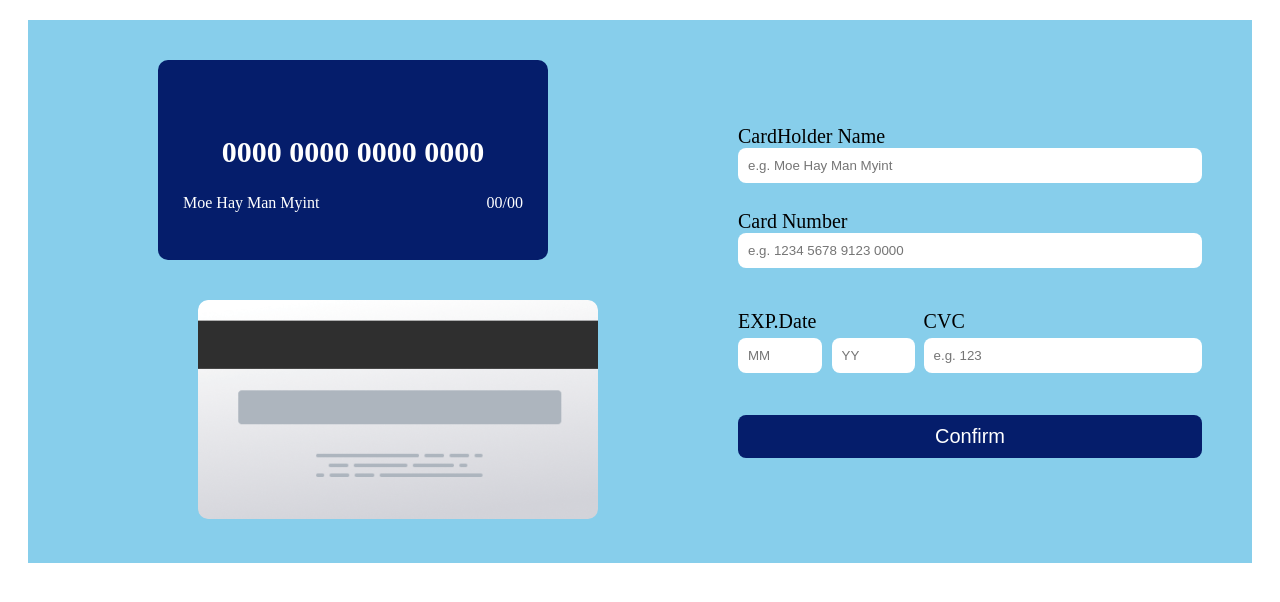
Repository: moehaymanmyint/Interactive-Card-Details-Form
Page: index.html
These files come from the project's save history. The page is drawn as it stood at one moment and after the next save; the edit follows.
The browser window is 1280 px wide. The pictures show the whole page.

Above is the page before, as saved 2024-10-16 22:58:37.

After the next save:
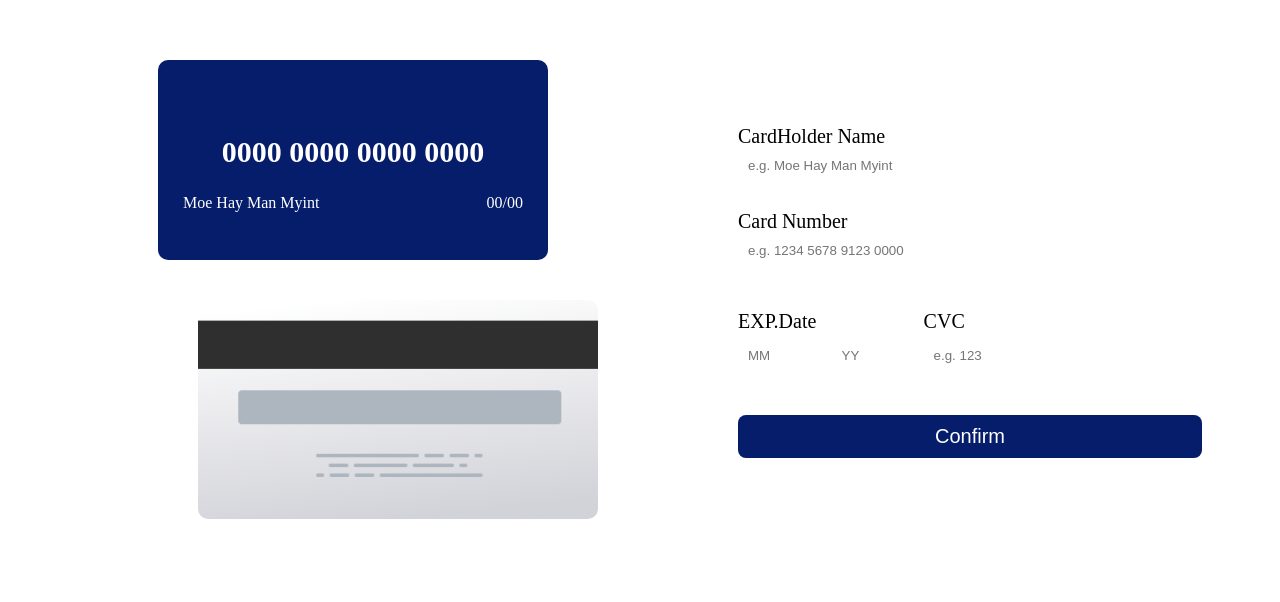
Saved 32 s later.
--- a/style.css
+++ b/style.css
@@ -1,5 +1,4 @@
 .container{
-    background-color: skyblue;
     display: flex;
     justify-content: center;
     margin: 20px;

After the save that followed:
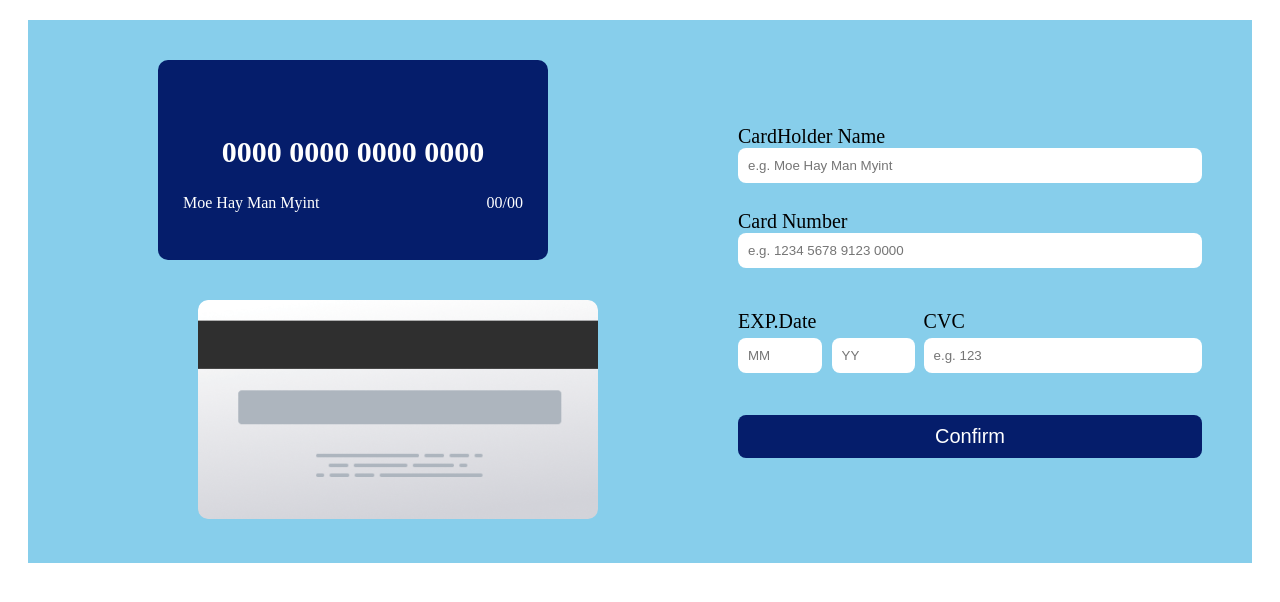
Saved 24 s later.
--- a/style.css
+++ b/style.css
@@ -1,4 +1,5 @@
 .container{
+    background-color: skyblue;
     display: flex;
     justify-content: center;
     margin: 20px;
